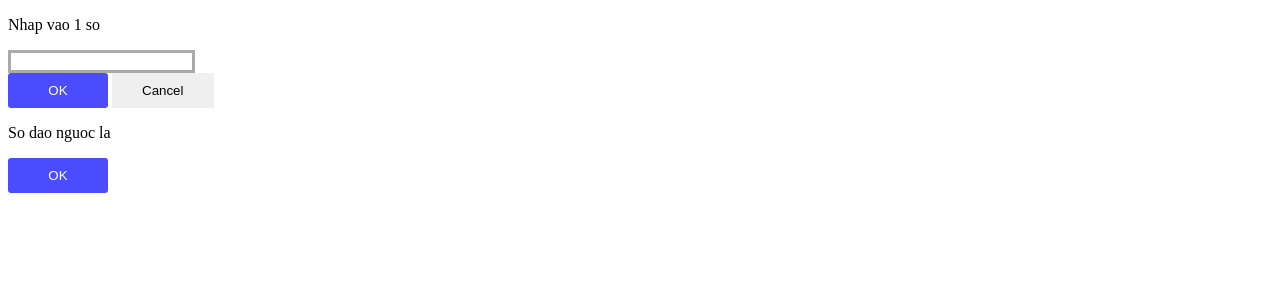
Repository: lhggiang/Sodaonguoc
Page: index.html
The author's editor kept a copy of each file at every save. The page is drawn from the files as they stood at one save, then again after the next save.
The browser window is 1280 px wide. The pictures show the whole page.

Above is the page before, as saved 2023-05-19 07:01:40.

After the next save:
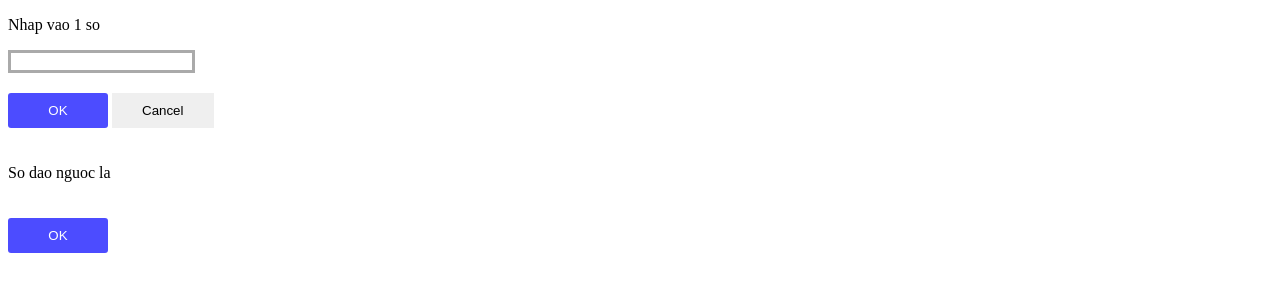
Saved 20 s later.
--- a/style.css
+++ b/style.css
@@ -6,6 +6,7 @@
   padding: 10px 30px;
   min-width: 100px;
   border: none;
+  margin: 20px 0;
 }
 
 .ok {
